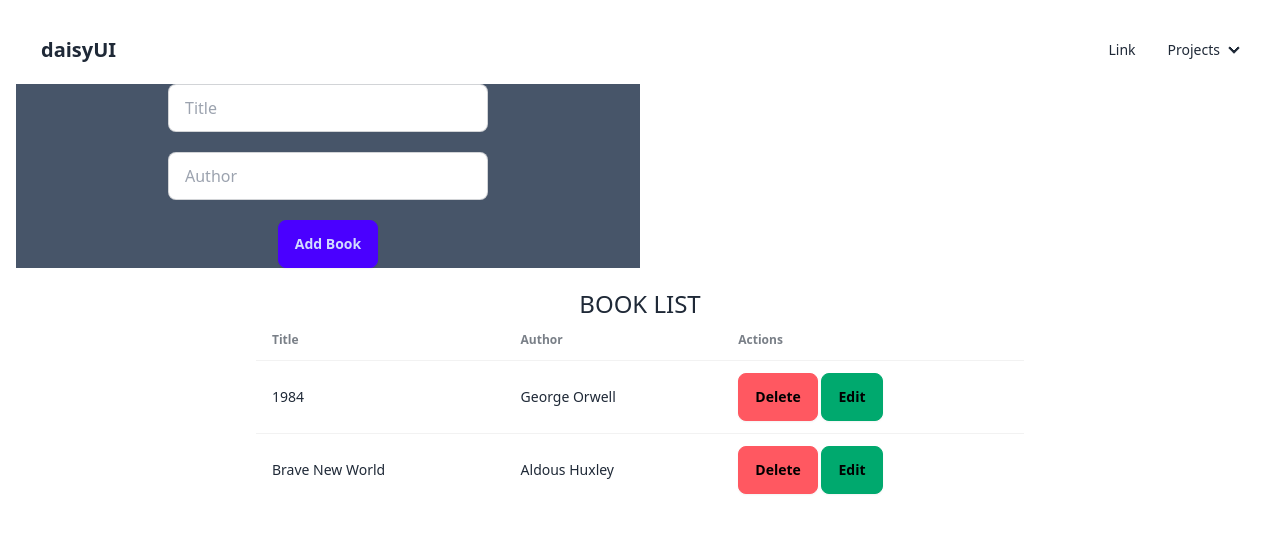
Repository: sibi24sibi/Crud-app-svelte
Page: /
An editor plug-in stored every save of this project. The page is shown before and after the next save, followed by the edit.
The browser window is 1280 px wide. The pictures show the whole page.
The project was rebuilt for these pictures with package versions that can differ from the ones it lists, and the page was loaded fresh each time. Also part of the build but not shown: svelte.config.js, vite.config.js.

Above is the page before, as saved 2024-06-30 19:08:09.

### index.html
<!doctype html>
<html lang="en" data-theme="light">
  <head>
    <meta charset="UTF-8" />
    <link rel="icon" type="image/svg+xml" href="/vite.svg" />
    <meta name="viewport" content="width=device-width, initial-scale=1.0" />
    <title>Vite + Svelte</title>
  </head>
  <body>
    <div id="app"></div>
    <script type="module" src="/src/main.js"></script>
  </body>
</html>

### src/App.svelte
<script>
  import Navbar from "./Components/Navbar.svelte";

  import AddBook from "./Components/AddBook.svelte";
  import BookList from "./Components/BookList.svelte";
</script>

<main>
  <Navbar />

  <AddBook />
  <BookList />
</main>

<style>
  main {
    text-align: center;
    padding: 1em;
    margin: 0 auto;
  }
</style>

### src/Components/Navbar.svelte
<script></script>

<body>
  <div class="navbar bg-base-100">
    <div class="flex-1">
      <a class="btn btn-ghost text-xl">daisyUI</a>
    </div>
    <div class="flex-none">
      <ul class="menu menu-horizontal px-1">
        <li><a>Link</a></li>
        <li>
          <details>
            <summary>Projects</summary>
            <ul class="bg-base-100 rounded-t-none p-2">
              <li><a>Video player</a></li>
              <li><a>data entry</a></li>
            </ul>
          </details>
        </li>
      </ul>
    </div>
  </div>
</body>

<style>
</style>

### src/Components/AddBook.svelte
<script>
  import { books } from "./BookStore.js";
  let title = "";
  let author = "";

  function addBook() {
    books.update((items) => [
      ...items,
      { id: items.length ? items[items.length - 1].id + 1 : 1, title, author },
    ]);
    title = "";
    author = "";
  }
</script>

<div class="flex flex-col justify-center items-center gap-5 bg-slate-600 w-1/2">
  <input
    placeholder="Title"
    class="input input-bordered w-full max-w-xs"
    bind:value={title}
  />
  <input
    placeholder="Author"
    class="input input-bordered w-full max-w-xs"
    bind:value={author}
  />
  <button class="btn btn-primary max-w-xs" {addBook}>Add Book</button>
</div>

### src/Components/BookList.svelte
<script>
  import { books } from "./BookStore.js";
  let editableBook = null;

  function deleteBook(id) {
    books.update((items) => items.filter((item) => item.id !== id));
  }

  function editBook(book) {
    editableBook = { ...book };
  }

  function saveEdit() {
    books.update((items) =>
      items.map((item) => (item.id === editableBook.id ? editableBook : item))
    );
    editableBook = null;
  }
</script>

<div class="overflow-x-auto max-w-3xl mx-auto my-5">
  <h1 class="text-2xl uppercase">Book List</h1>
  <table class="table">
    <thead>
      <tr>
        <th>Title</th>
        <th>Author</th>
        <th>Actions</th>
      </tr>
    </thead>
    <tbody>
      {#each $books as book}
        <tr>
          {#if editableBook && editableBook.id === book.id}
            <td
              ><input
                class="input input-bordered"
                bind:value={editableBook.title}
              /></td
            >

            <td>
              <input
                class="input input-bordered"
                bind:value={editableBook.author}
              /></td
            >
            <td>
              <button class="btn btn-primary" on:click={saveEdit}>Save</button
              ></td
            >
          {:else}
            <td>{book.title} </td> <td> {book.author} </td>
            <td
              ><button
                class="btn btn-error"
                on:click={() => deleteBook(book.id)}>Delete</button
              >
              <button class="btn btn-success" on:click={() => editBook(book)}
                >Edit</button
              ></td
            >
          {/if}
        </tr>
      {/each}
    </tbody>
  </table>
</div>

### src/Components/BookStore.js
import { writable } from "svelte/store";

export const books = writable([
  { id: 1, title: "1984", author: "George Orwell" },
  { id: 2, title: "Brave New World", author: "Aldous Huxley" },
]);

### tailwind.config.js
/** @type {import('tailwindcss').Config} */
export default {
  content: ["./index.html", "./src/**/*.{svelte,js,ts,jsx,tsx}"],
  theme: {
    extend: {},
  },
  plugins: [require("daisyui")],
};

Loaded but not shown: src/main.js (common file); src/app.css (common file)

After the next save:
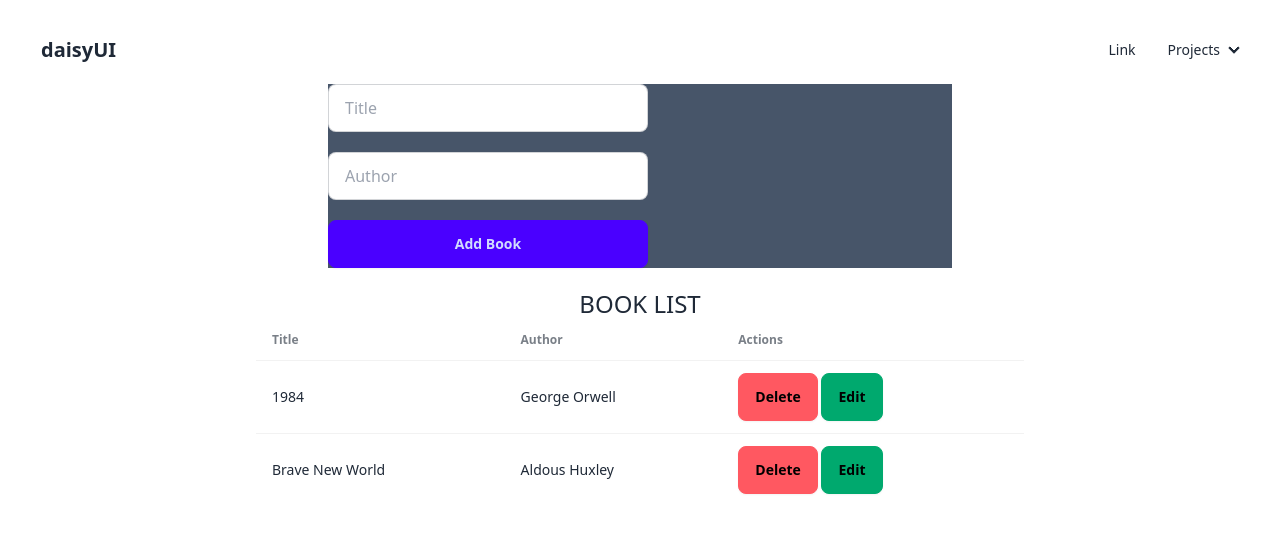
Saved 11 s later.
--- a/src/Components/AddBook.svelte
+++ b/src/Components/AddBook.svelte
@@ -13,7 +13,7 @@
   }
 </script>
 
-<div class="flex flex-col justify-center items-center gap-5 bg-slate-600 w-1/2">
+<div class="flex flex-col mx-auto gap-5 bg-slate-600 w-1/2">
   <input
     placeholder="Title"
     class="input input-bordered w-full max-w-xs"
